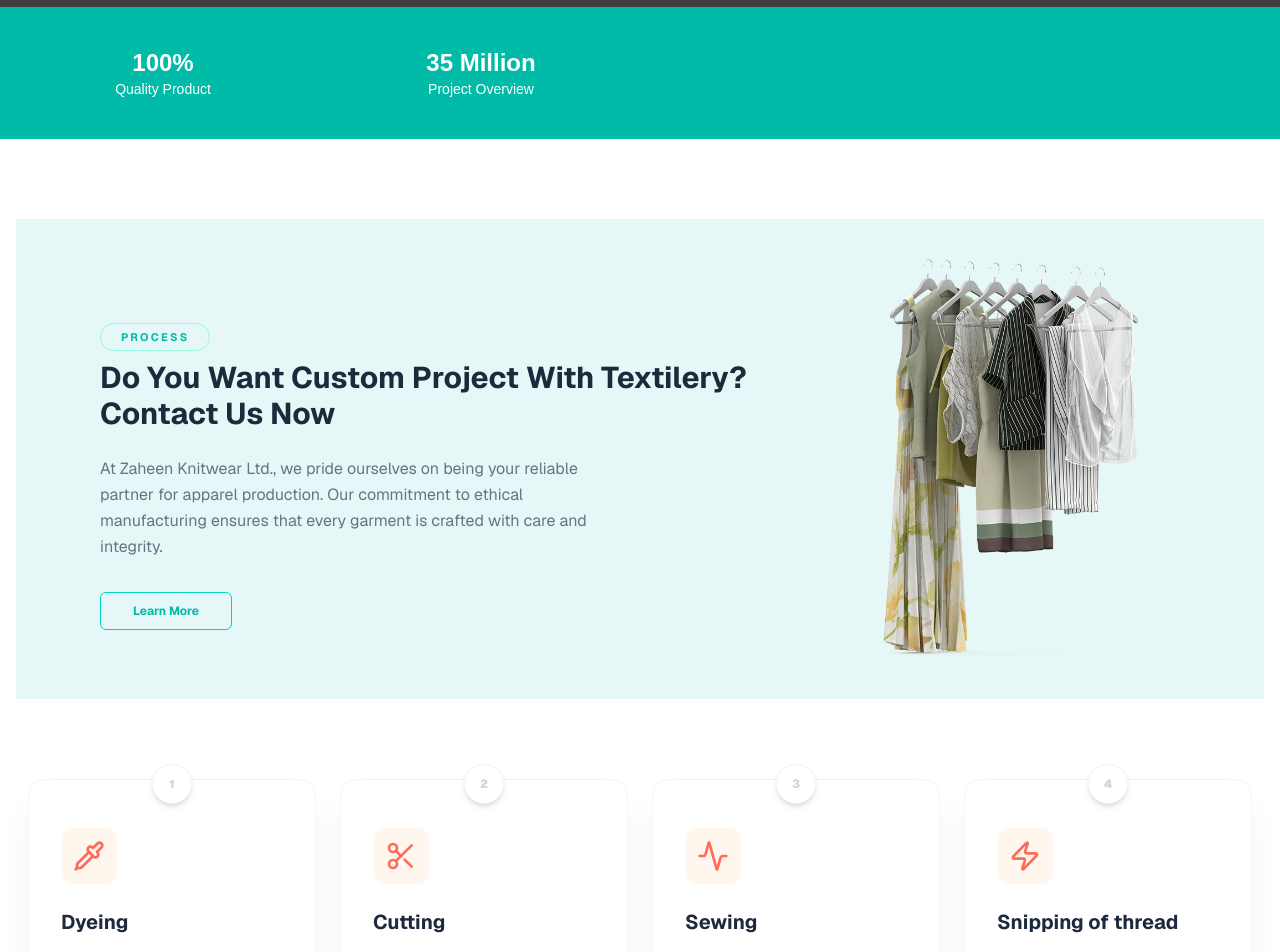
Repository: mdmuhibullahhabib/fullstack-assessment
Page: /
An editor plug-in stored every save of this project. The page is shown before and after the next save, followed by the edit.
The browser window is 1280 px wide. The pictures show the part of the page from y = 571 to 1523 px (the page is 3025 px tall).
Pictures or frames that could not be fetched are drawn as grey boxes. The project was rebuilt for these pictures with package versions that can differ from the ones it lists, and the page was loaded fresh each time. The framework's server and built-in components were replaced by stand-ins that run in the browser. Also part of the build but not shown: next.config.mjs.

Above is the page before, as saved 2025-12-27 10:11:04.

### src/app/layout.js
import { Geist, Geist_Mono } from "next/font/google";
import "./globals.css";
import Navbar from "@/components/shared/Navbar";
import Footer from "@/components/shared/Footer";

const geistSans = Geist({
  variable: "--font-geist-sans",
  subsets: ["latin"],
});

const geistMono = Geist_Mono({
  variable: "--font-geist-mono",
  subsets: ["latin"],
});

export const metadata = {
  title: "Create Next App",
  description: "Generated by create next app",
};

export default function RootLayout({ children }) {
  return (
    <html lang="en">
      <body
        className={`${geistSans.variable} ${geistMono.variable} antialiased`}
      >
        <Navbar/>
        {children}
        <Footer/>
      </body>
    </html>
  );
}

### src/app/page.js
import Apparel from "@/components/home/Apparel";
import CustomProcess from "@/components/home/CustomProcess";
import Hero from "@/components/home/hero";
import Stats from "@/components/home/Stats";


export default function Home() {
  return (
    <>
      <Hero />
      <Stats />
      <CustomProcess />
      <Apparel />
    </>
  );
}

### src/components/shared/Navbar.jsx
"use client";

import Link from "next/link";
import { Menu, X, ShoppingCart, User } from "lucide-react";
import { useState } from "react";

export default function Navbar() {
  const [open, setOpen] = useState(false);

  return (
    <header className="w-full">
      {/* ===== Top Bar ===== */}
      <div className="bg-teal-500 text-white text-sm">
        <div className="max-w-7xl mx-auto flex justify-between items-center px-4 py-2">
          <p>📍 Kashimpur, Gazipur Sadar / Gazipur</p>
          <div className="flex items-center gap-4">
            <span>📞 +880 01713-027875</span>
            <div className="flex gap-2">
              <span>f</span>
              <span>x</span>
              <span>▶</span>
              <span>📷</span>
            </div>
          </div>
        </div>
      </div>

      {/* ===== Main Navbar ===== */}
      <div className="bg-white shadow">
        <div className="max-w-7xl mx-auto flex items-center justify-between px-4 py-4">

          {/* Logo */}
          <Link href="/" className="flex items-center gap-2">
            <div className="w-10 h-10 bg-green-500 rounded flex items-center justify-center text-white font-bold">
              Z
            </div>
            <span className="font-bold text-lg text-gray-800">
              Company
            </span>
          </Link>

          {/* Desktop Menu */}
          <nav className="hidden md:flex items-center gap-8 text-gray-700 font-medium">
            <Link href="/">Home</Link>
            <Link href="/about">About Us</Link>
            <Link href="/services">Our Services</Link>
            <Link href="/products">Our Products</Link>
            <Link href="/blogs">Blogs</Link>
          </nav>

          {/* Right Actions */}
          <div className="hidden md:flex items-center gap-4">
            <ShoppingCart className="cursor-pointer" />
            <div className="w-8 h-8 bg-red-500 rounded-full flex items-center justify-center text-white">
              M
            </div>
            <Link
              href="/contact"
              className="bg-orange-500 text-white px-4 py-2 rounded"
            >
              Contact Us
            </Link>
          </div>

          {/* Mobile Menu Button */}
          <button
            onClick={() => setOpen(!open)}
            className="md:hidden"
          >
            {open ? <X /> : <Menu />}
          </button>
        </div>

        {/* ===== Mobile Menu ===== */}
        {open && (
          <div className="md:hidden bg-white border-t">
            <nav className="flex flex-col gap-4 px-4 py-4 text-gray-700">
              <Link href="/">Home</Link>
              <Link href="/about">About Us</Link>
              <Link href="/services">Our Services</Link>
              <Link href="/products">Our Products</Link>
              <Link href="/blogs">Blogs</Link>

              <div className="flex items-center gap-4 pt-4">
                <ShoppingCart />
                <User />
                <Link
                  href="/contact"
                  className="bg-orange-500 text-white px-4 py-2 rounded"
                >
                  Contact Us
                </Link>
              </div>
            </nav>
          </div>
        )}
      </div>
    </header>
  );
}

### src/components/shared/Footer.jsx
import Image from "next/image";
import Link from "next/link";

export default function Footer() {
  return (
    <footer className="bg-[#f8f8f8] border-t">
      <div className="max-w-7xl mx-auto px-4 py-12">

        {/* ===== Top Section ===== */}
        <div className="grid grid-cols-1 md:grid-cols-4 gap-10">

          {/* Logo & Contact */}
          <div className="space-y-4">
            <div className="flex items-center gap-3">
              <Image src="/logo.png" alt="logo" width={48} height={48} />
              <Image src="/logo2.png" alt="logo2" width={48} height={48} />
            </div>

            <p className="text-sm text-gray-600 flex gap-2">
              📍 29 SE 2nd Ave, Miami, FL 33131, United States
            </p>
            <p className="text-sm text-gray-600">
              ✉ info@zaheen.com
            </p>
            <p className="text-sm font-semibold">
              📞 (+92) 3942 7879
            </p>
          </div>

          {/* Pages */}
          <div>
            <h4 className="font-semibold mb-4 uppercase text-sm">Pages</h4>
            <ul className="space-y-2 text-sm text-gray-600">
              <li><Link href="#">About Us</Link></li>
              <li><Link href="#">Our Services</Link></li>
              <li><Link href="#">Our Products</Link></li>
            </ul>
          </div>

          {/* Information */}
          <div>
            <h4 className="font-semibold mb-4 uppercase text-sm">Information</h4>
            <ul className="space-y-2 text-sm text-gray-600">
              <li><Link href="#">My Account</Link></li>
              <li><Link href="#">Corporate Enquiries</Link></li>
              <li><Link href="#">FAQs</Link></li>
            </ul>
          </div>
        </div>

        {/* ===== Payment Channels (SAME ROW STYLE) ===== */}
        <div className="mt-10">
          <h4 className="font-semibold text-sm mb-4">PAYMENT CHANNELS</h4>

          <div className="flex flex-wrap gap-3">
            {[
              "visa",
              "mastercard",
              "amex",
              "bKash",
              "nagad",
              "rocket",
              "upay",
              "tap",
              "citybank",
              "bracbank",
              "easternbank",
              "standardchartered",
            ].map((logo) => (
              <div
                key={logo}
                className="bg-white border rounded-md px-4 py-2 flex items-center justify-center"
              >
                <Image
                  src={`/payments/${logo}.png`}
                  alt={logo}
                  width={48}
                  height={28}
                  className="object-contain"
                />
              </div>
            ))}
          </div>
        </div>

        {/* ===== Bottom Bar ===== */}
        <div className="border-t mt-10 pt-6 flex flex-col md:flex-row justify-between items-center gap-4 text-sm text-gray-600">

          <p>
            Copyright ©{" "}
            <span className="text-orange-500 font-medium">
              360D Soul Limited
            </span>{" "}
            2025. All rights reserved.
          </p>

          <div className="flex gap-4 text-lg">
            <span>f</span>
            <span>x</span>
            <span>📷</span>
          </div>

          <div className="flex gap-4">
            <Link href="#">Terms & Condition</Link>
            <Link href="#">Privacy & Policy</Link>
            <Link href="#">Refund Policy</Link>
          </div>
        </div>

      </div>
    </footer>
  );
}

### src/components/home/Apparel.jsx
export default function Apparel() {
  const products = [
    {
      name: "Denim Jacket",
      price: "$10.00",
      img: "https://images.unsplash.com/photo-1520975916090-3105956dac38",
    },
    {
      name: "Hoodie",
      price: "$12.00",
      img: "https://images.unsplash.com/photo-1520974735194-6c9c0c13ed3d",
    },
    {
      name: "T-Shirt",
      price: "$8.00",
      img: "https://images.unsplash.com/photo-1583743814966-8936f5b7be1a",
    },
  ];

  return (
    <section className="bg-gray-50 py-16">
      <div className="max-w-7xl mx-auto px-4">
        <h2 className="text-2xl font-bold mb-8">Our Apparels</h2>

        <div className="grid sm:grid-cols-2 md:grid-cols-3 gap-6">
          {products.map((p, i) => (
            <div key={i} className="bg-white border rounded overflow-hidden">
              <img src={p.img} className="h-56 w-full object-cover" />
              <div className="p-4">
                <h3 className="font-semibold">{p.name}</h3>
                <p className="text-sm text-gray-600">{p.price}</p>
                <button className="mt-3 w-full bg-teal-500 text-white py-2 rounded">
                  Add to Cart
                </button>
              </div>
            </div>
          ))}
        </div>
      </div>
    </section>
  );
}

### src/components/home/CustomProcess.jsx
"use client"
import Image from "next/image";
import { Scissors, Pipette, Zap, Activity, Repeat, ClipboardCheck, Box } from "lucide-react";
import bgImage from "../../../public/home/ProcessImage-1.png";
import rightImage from "../../../public/home/ProcessImage-2.png";

export default function CustomProcess() {
    const steps = [
        { number: 1, title: "Dyeing", desc: "Adding color to biodegradable materials.", icon: <Pipette className="w-8 h-8 text-[#FF6B5B]" /> },
        { number: 2, title: "Cutting", desc: "Eco-friendly clothing items for all shapes and sizes.", icon: <Scissors className="w-8 h-8 text-[#FF6B5B]" /> },
        { number: 3, title: "Sewing", desc: "Vouching for the ultimate sturdiness and durability of the fabric.", icon: <Activity className="w-8 h-8 text-[#FF6B5B]" /> },
        { number: 4, title: "Snipping of thread", desc: "A neat edge, a soft and smooth finish.", icon: <Zap className="w-8 h-8 text-[#FF6B5B]" /> },
        { number: 5, title: "Ironing", desc: "Ironing it before shipping.", icon: <Repeat className="w-8 h-8 text-[#FF6B5B]" /> },
        { number: 6, title: "Checking", desc: "Going through each clothing piece to ensure supreme quality standards are met.", icon: <ClipboardCheck className="w-8 h-8 text-[#FF6B5B]" /> },
        { number: 7, title: "Package", desc: "Folding and packing with the utmost care.", icon: <Box className="w-8 h-8 text-[#FF6B5B]" /> },
    ];

    return (
        <section className="bg-white py-20 px-4 font-sans">
            <div className="max-w-7xl mx-auto">

                {/* ===== TOP SECTION ===== */}
                <div className="relative bg-[#E6F7F8] overflow-hidden flex flex-col md:flex-row items-stretch mb-20 min-h-[450px]">

                    {/* Left Content Box (White with bgImage and Torn Edge) */}
                    <div
                        className="relative w-full md:w-[60%] p-10 mt-9 md:pl-5 md:p-1 flex flex-col justify-center items-start "
                        style={{
                            backgroundImage: `url(${bgImage})`,
                            backgroundSize: "cover",
                            backgroundPosition: "center",
                        }}
                    >
                        <div
                        className="ml-16 "
                        >
                            <div className="mb-3">
                                <span className="px-5 py-1.5 rounded-full border border-teal-200 text-teal-500 text-[11px] font-bold uppercase tracking-[0.2em]">
                                    Process
                                </span>
                            </div>

                            <h3 className="text-3xl md:text font-bold text-[#1a2b3c] leading-[1.2] mb-6">
                                Do You Want Custom Project With Textilery? Contact Us Now
                            </h3>

                            <p className="text-gray-500 text-sm md:text-base leading-relaxed max-w-lg mb-8">
                                At Zaheen Knitwear Ltd., we pride ourselves on being your reliable partner for
                                apparel production. Our commitment to ethical manufacturing ensures that
                                every garment is crafted with care and integrity.
                            </p>

                            <button className="border-[1.5px] border-teal-400 text-teal-500 px-8 py-2.5 rounded-md font-bold text-xs hover:bg-teal-500 hover:text-white transition-all">
                                Learn More
                            </button>
                        </div>
                    </div>

                    {/* Right Content (Image of hanging clothes) */}
                    <div className="w-full md:w-[40%] relative flex items-center justify-center py-10">
                        <div className="relative w-[85%] h-[400px]">
                            <Image
                                src={rightImage}
                                alt="Clothing Preview"
                                fill
                                className="object-contain"
                                priority
                            />
                        </div>
                    </div>
                </div>

                {/* ===== PROCESS STEPS GRID ===== */}
                <div className="flex flex-wrap justify-center gap-6">
                    {steps.map((step, index) => (
                        <div
                            key={step.number}
                            className={`
                relative bg-white p-8 pt-12 rounded-2xl shadow-[0_15px_40px_-15px_rgba(0,0,0,0.1)]
                border border-gray-100 flex flex-col items-start transition-all hover:-translate-y-2
                w-full sm:w-[calc(50%-1.5rem)] lg:w-[calc(25%-1.5rem)]
                ${index >= 4 ? 'lg:translate-y-2' : ''}
              `}
                        >
                            {/* Step Number Circle */}
                            <div className="absolute -top-4 left-1/2 -translate-x-1/2 w-10 h-10 bg-white border border-gray-100 shadow-md rounded-full flex items-center justify-center text-xs font-black text-gray-300">
                                {step.number}
                            </div>

                            <div className="mb-6 bg-orange-50 p-3 rounded-xl">
                                {step.icon}
                            </div>

                            <h3 className="text-xl font-bold text-slate-800 mb-3">
                                {step.title}
                            </h3>
                            <p className="text-[14px] text-gray-500 leading-relaxed">
                                {step.desc}
                            </p>
                        </div>
                    ))}
                </div>

            </div>
        </section>
    );
}

### src/components/home/hero.jsx
export default function Hero() {
  return (
    <section className="relative bg-black text-white">
      <img
        src="https://images.unsplash.com/photo-1520975916090-3105956dac38"
        className="absolute inset-0 w-full h-full object-cover opacity-40"
      />

      <div className="relative max-w-7xl mx-auto px-4 py-28 grid md:grid-cols-2 gap-10">
        <div>
          <p className="text-sm uppercase mb-3 text-teal-400">
            Textile & Garments
          </p>
          <h1 className="text-4xl md:text-5xl font-bold mb-5">
            High-Quality Garments. <br /> Ethically Made.
          </h1>
          <p className="text-gray-300 mb-6">
            We manufacture premium garments using ethical and sustainable
            practices.
          </p>

          <div className="flex gap-4">
            <button className="bg-orange-500 px-6 py-3 rounded">
              Explore
            </button>
            <button className="border px-6 py-3 rounded">
              Contact Us
            </button>
          </div>
        </div>
      </div>
    </section>
  );
}

### src/components/home/Stats.jsx
export default function Stats() {
  const stats = [
    { title: "Quality Product", value: "100%" },
    { title: "Project Overview", value: "35 Million" },
  ];

  return (
    <section className="bg-teal-500 text-white">
      <div className="max-w-7xl mx-auto px-4 py-10 grid grid-cols-2 md:grid-cols-4 gap-6 text-center">
        {stats.map((s, i) => (
          <div key={i}>
            <h3 className="text-2xl font-bold">{s.value}</h3>
            <p className="text-sm">{s.title}</p>
          </div>
        ))}
      </div>
    </section>
  );
}

Loaded but not shown: src/app/globals.css (common file)

After the next save:
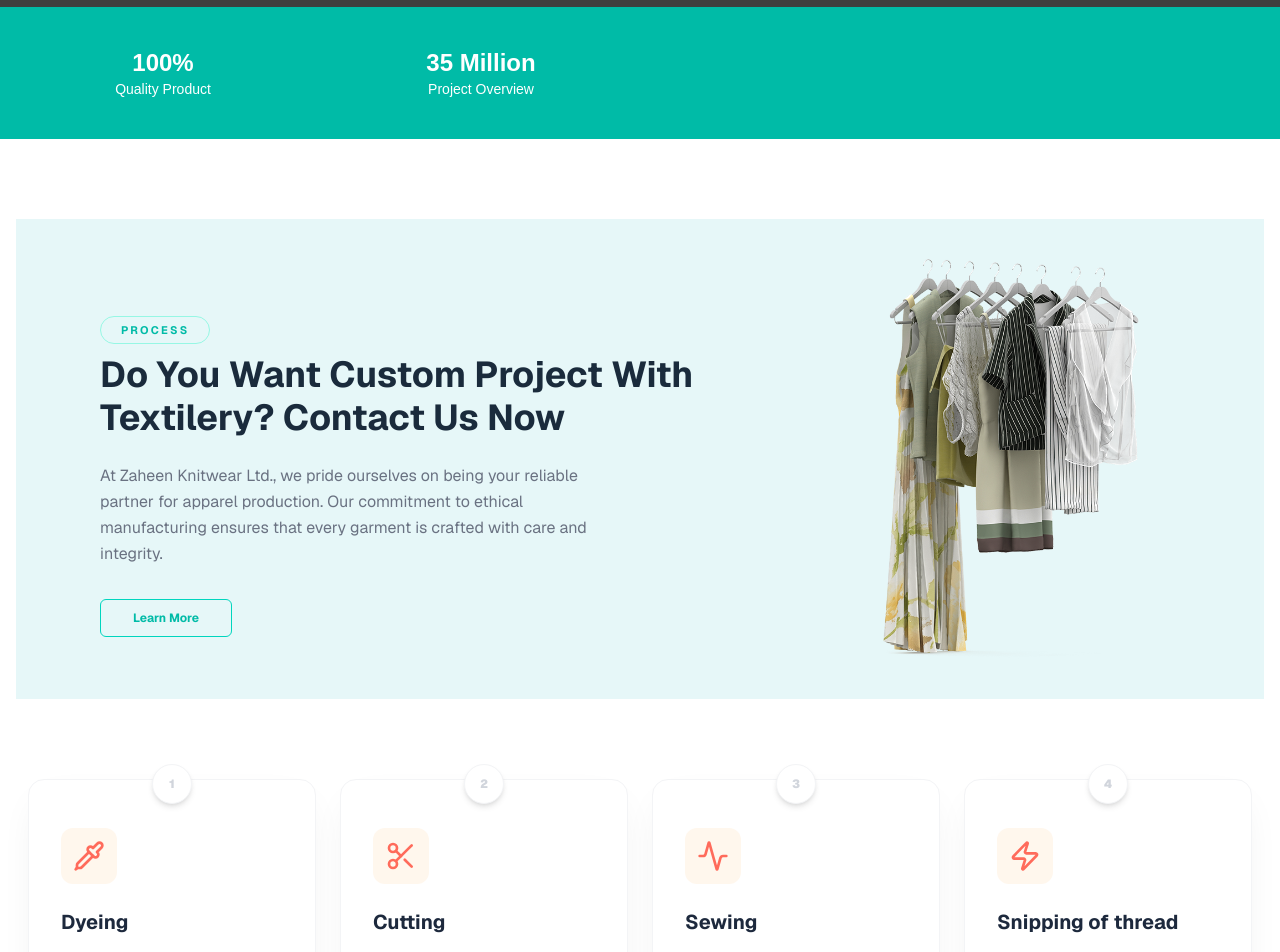
Saved 5 s later.
--- a/src/components/home/CustomProcess.jsx
+++ b/src/components/home/CustomProcess.jsx
@@ -40,7 +40,7 @@
                                 </span>
                             </div>
 
-                            <h3 className="text-3xl md:text font-bold text-[#1a2b3c] leading-[1.2] mb-6">
+                            <h3 className="text-3xl md:text-4xl font-bold text-[#1a2b3c] leading-[1.2] mb-6">
                                 Do You Want Custom Project With Textilery? Contact Us Now
                             </h3>
 
